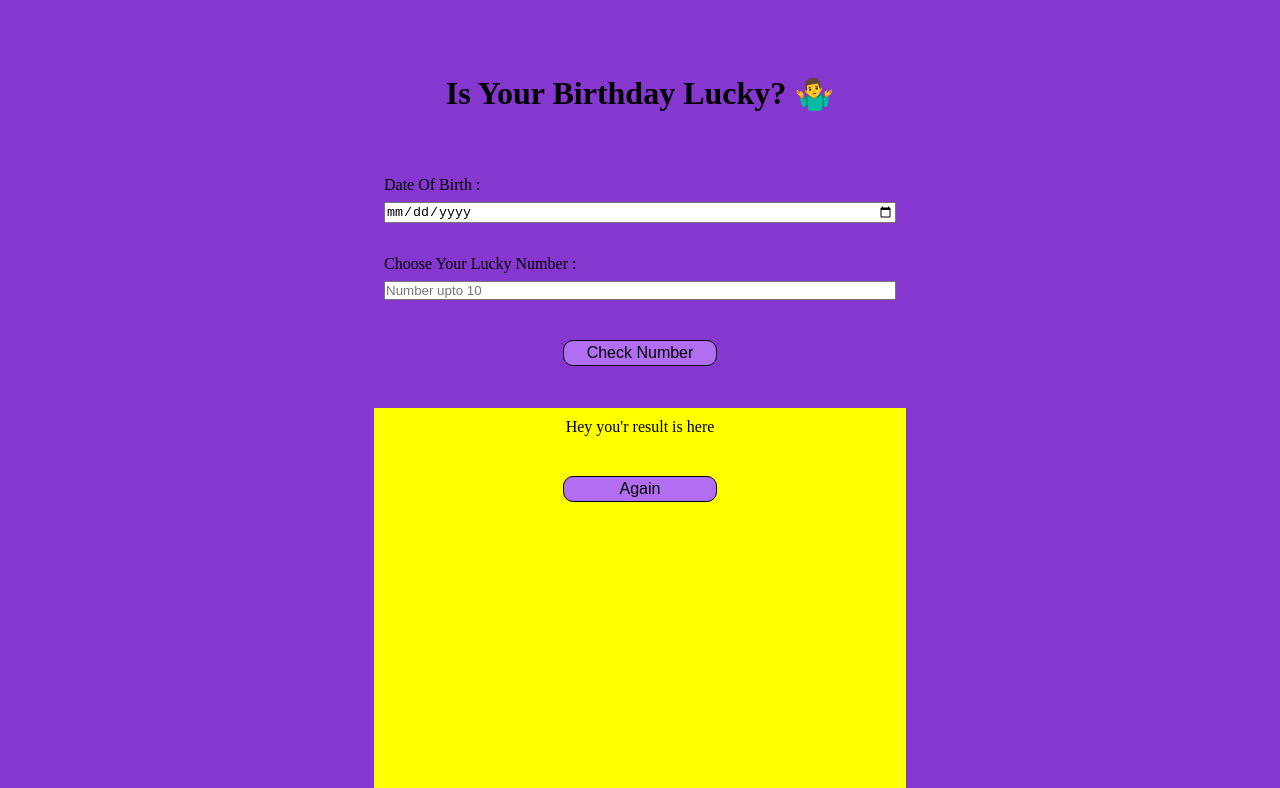
Repository: patelamancode/Lucky-Birthday-App
Page: index.html
These files come from the project's save history. The page is drawn as it stood at one moment and after the next save; the edit follows.
The browser window is 1280 px wide. The pictures show the whole page.

Above is the page before, as saved 2022-11-23 15:12:16.

After the next save:
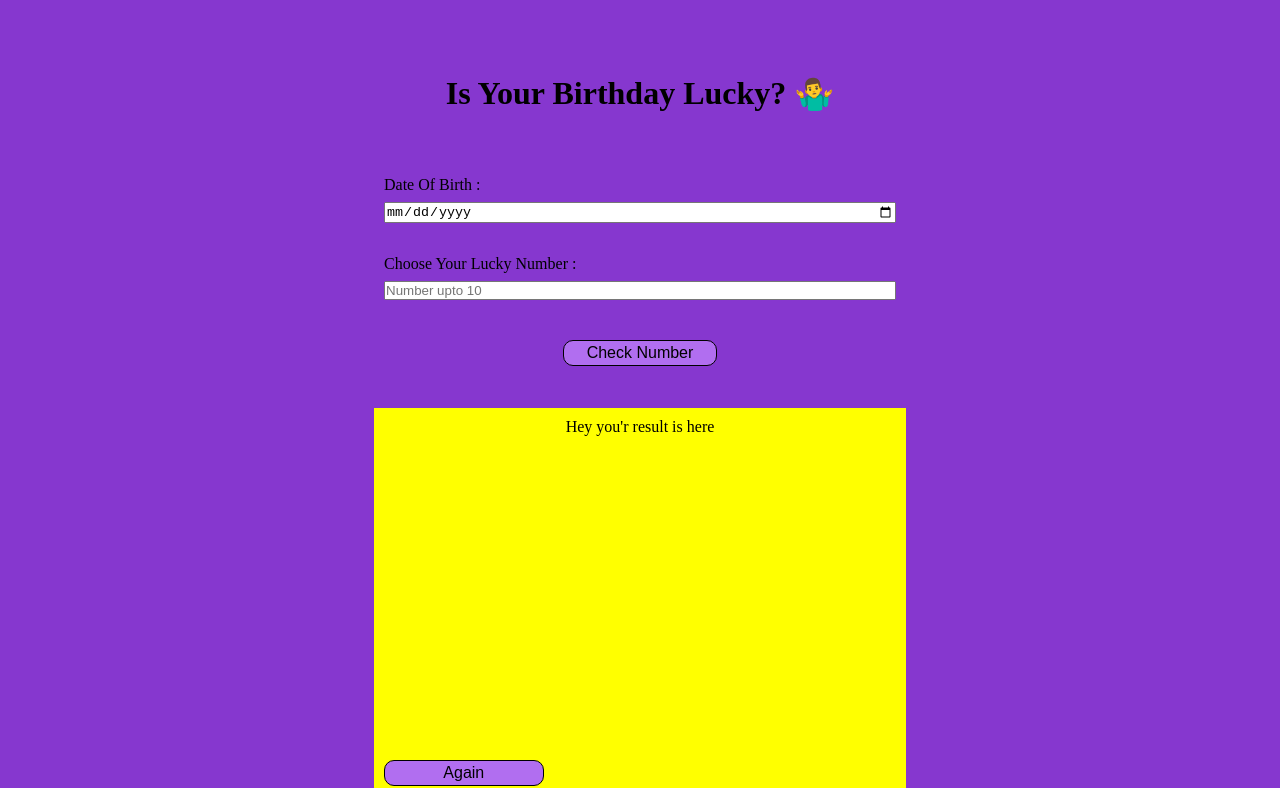
Saved 5 min 38 s later.
--- a/index.css
+++ b/index.css
@@ -52,4 +52,11 @@
     padding: 10px;
     text-align: center;
     background-color: yellow;
+    position: relative;
+
  }
+
+ #back-btn{
+   position: absolute;
+   bottom: 2px;
+ }
